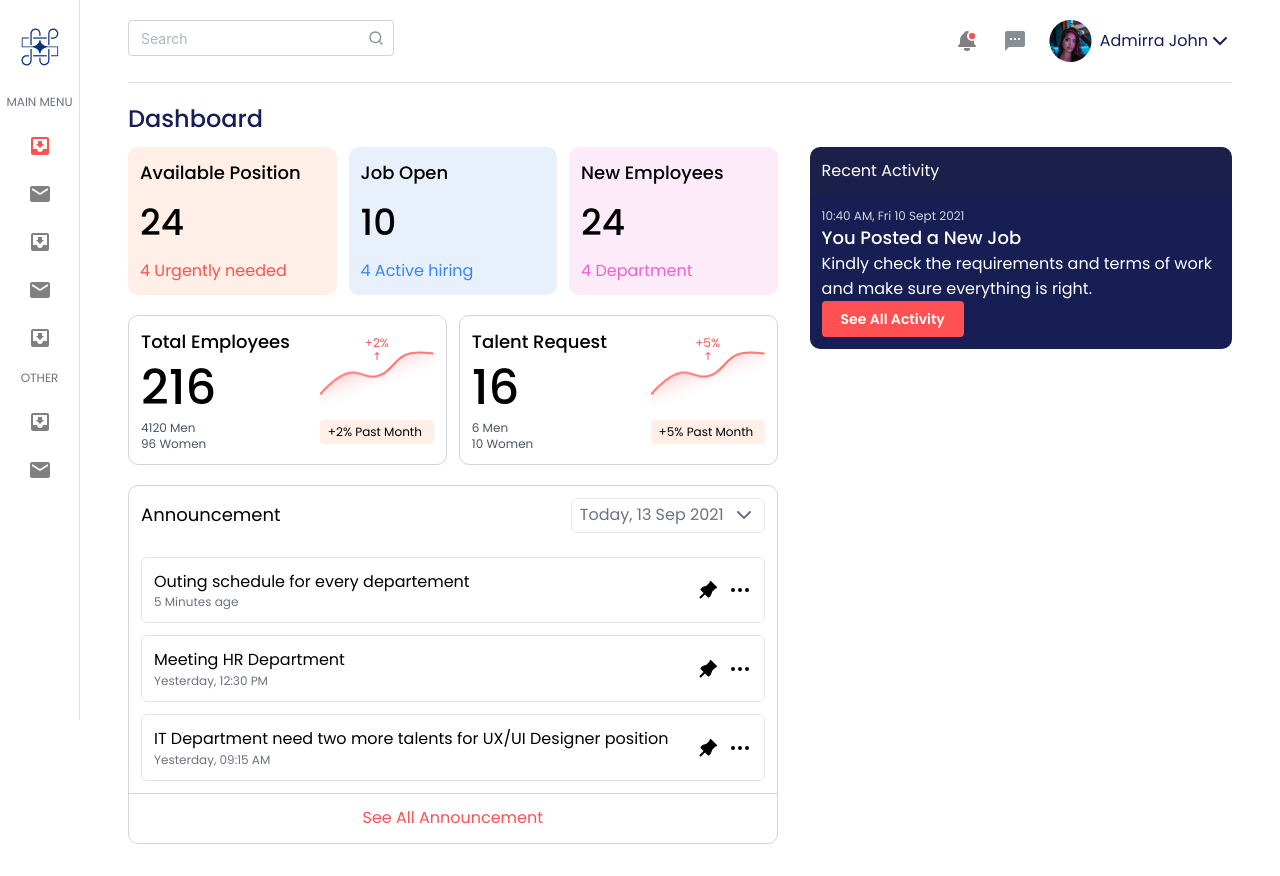
Repository: SatyaDewangan05/sample-dashboard
Page: /
An editor plug-in stored every save of this project. The page is shown before and after the next save, followed by the edit.
The browser window is 1280 px wide. The pictures show the whole page.
The project was rebuilt for these pictures with package versions that can differ from the ones it lists, and the page was loaded fresh each time. The framework's server and built-in components were replaced by stand-ins that run in the browser. Also part of the build but not shown: next.config.mjs.

Above is the page before, as saved 2024-09-22 01:08:47.

After the next save:
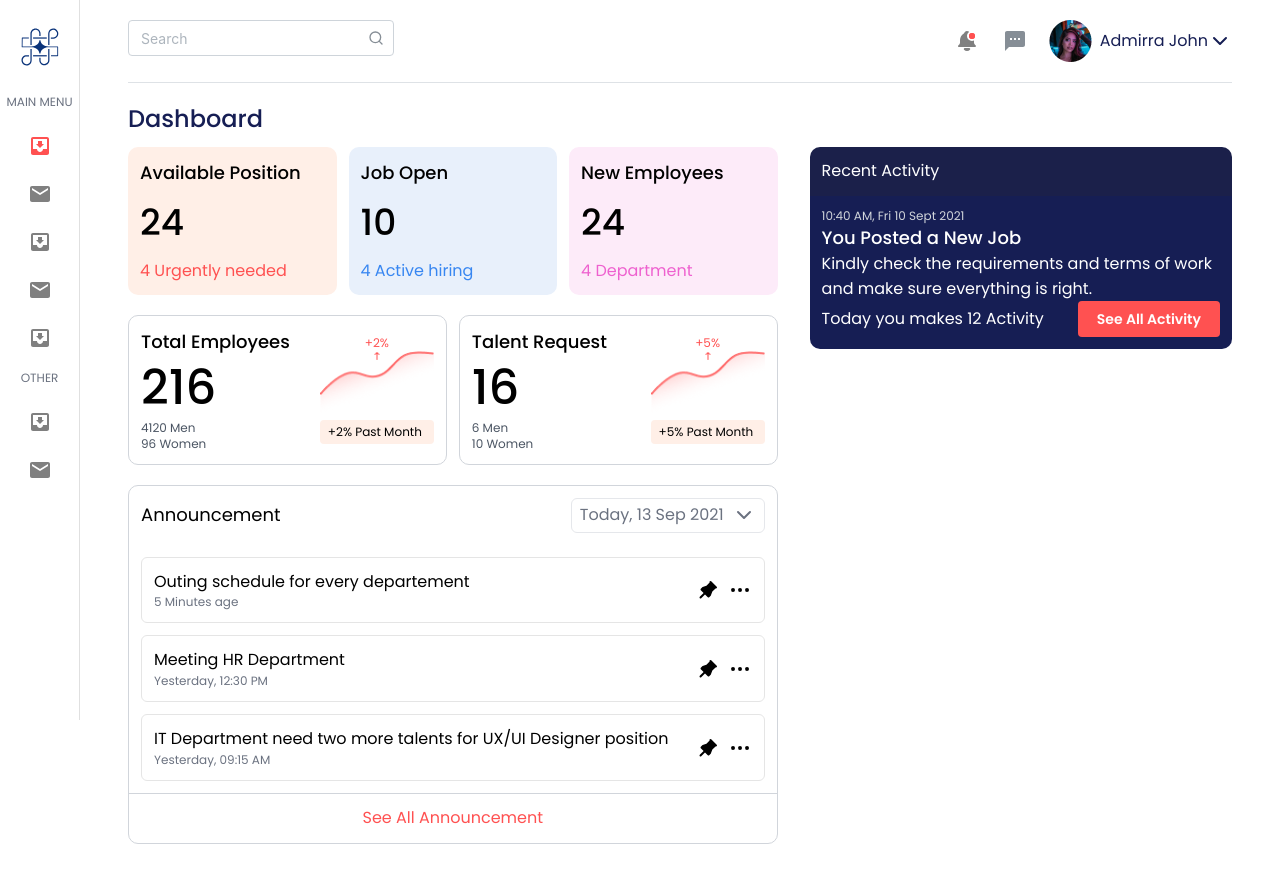
Saved 29 s later.
--- a/src/app/page.jsx
+++ b/src/app/page.jsx
@@ -155,9 +155,12 @@ export default function Home() {
                     Kindly check the requirements and terms of work and make
                     sure everything is right.
                   </p>
-                  <Button color="#FF5151" c="white">
-                    See All Activity
-                  </Button>
+                  <div className="flex justify-between items-center">
+                    <p>Today you makes 12 Activity</p>
+                    <Button color="#FF5151" c="white">
+                      See All Activity
+                    </Button>
+                  </div>
                 </div>
               </div>
             </div>
